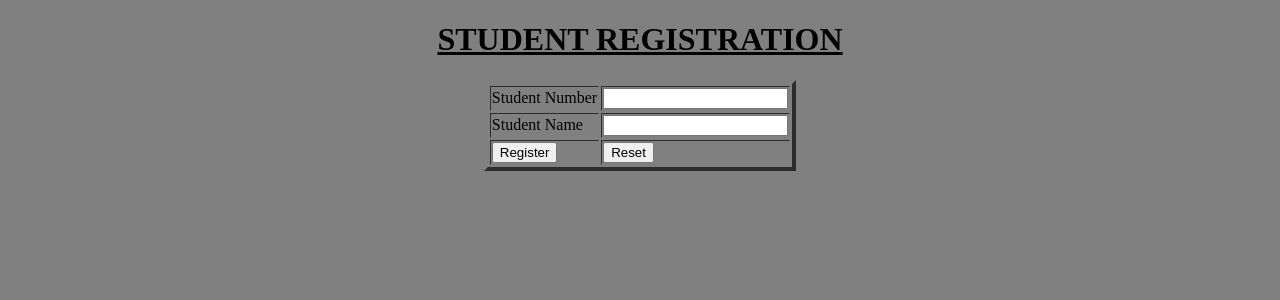
Repository: madhu124/Youtube-demo
Page: StudentRegisApp/WebContent/Register.html
An editor plug-in stored every save of this project. The page is shown before and after the next save, followed by the edit.
The browser window is 1280 px wide. The pictures show the whole page.

Above is the page before, as saved 2017-05-31 18:48:11.

### StudentRegisApp/WebContent/Register.html
<!DOCTYPE html>
<html>
<head>
<meta charset="ISO-8859-1">
<title>Student Registration Application</title>
</head>

<style>
body {
	background-color:Gray;
}

h1 {
	font-color: black
}
</style>

<body>

	<center>
		<h1>
			<u>STUDENT REGISTRATION</u>
		</h1>
	</center>
	<form action="register" method="post">
		<table border="4" align="center">
			<tr>
				<td>Student Number</td>
				<td><input type="text" name="sno"></td>
			</tr>
			<tr>
				<td>Student Name</td>

				<td><input type="text" name="sname" /></td>
			</tr>
			<tr>
				<td><input type="submit" value="Register" /></td>
				<td><input type="reset" value="Reset" /></td>
			</tr>
		</table>
	</form>
</body>
</html>

After the next save:
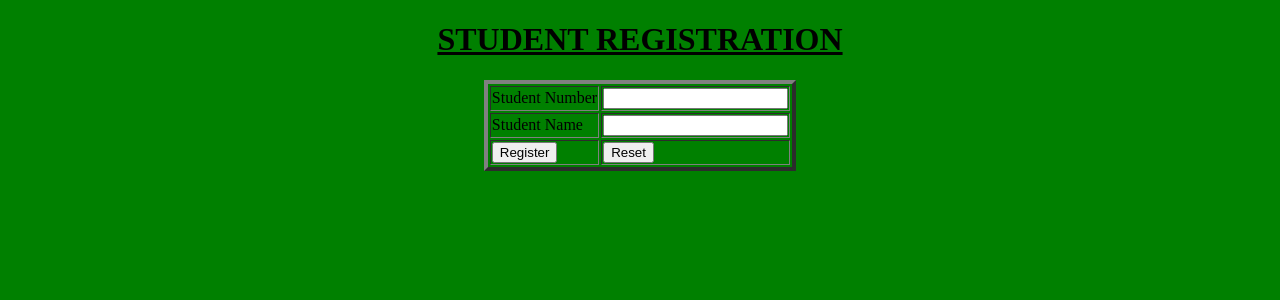
Saved 32 s later.
--- a/StudentRegisApp/WebContent/Register.html
+++ b/StudentRegisApp/WebContent/Register.html
@@ -7,7 +7,7 @@
 
 <style>
 body {
-	background-color:Gray;
+	background-color:green;
 }
 
 h1 {
